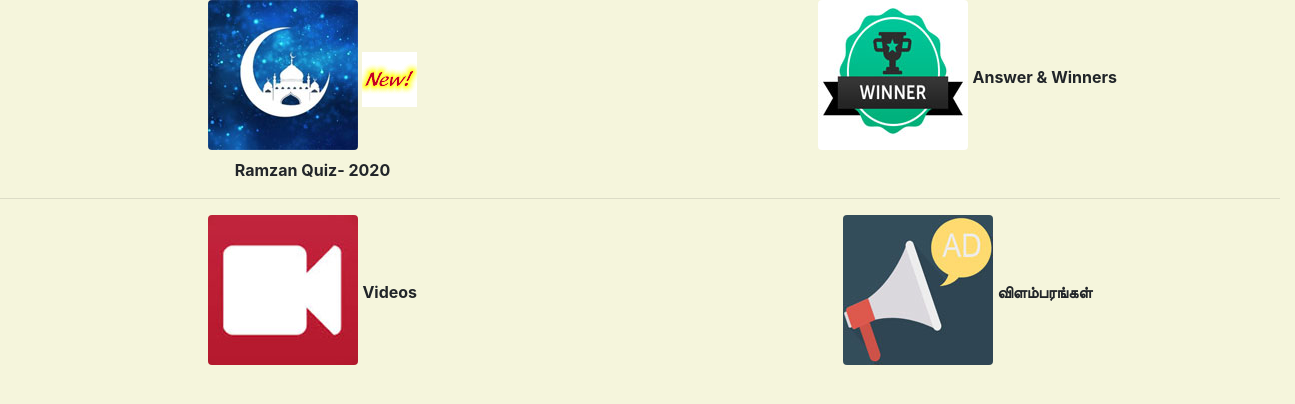
Repository: rsusolutions/RSU-Website
Page: quiz/index.html
The author's editor kept a copy of each file at every save. The page is drawn from the files as they stood at one save, then again after the next save.
The browser window is 1280 px wide. The page is 1295 px wide, so the pictures cover 1295 px, including what lies to the right of the window. The pictures show the whole page.
Some web libraries are served in a nearby version.

Above is the page before, as saved 2020-04-21 20:55:52.

After the next save:
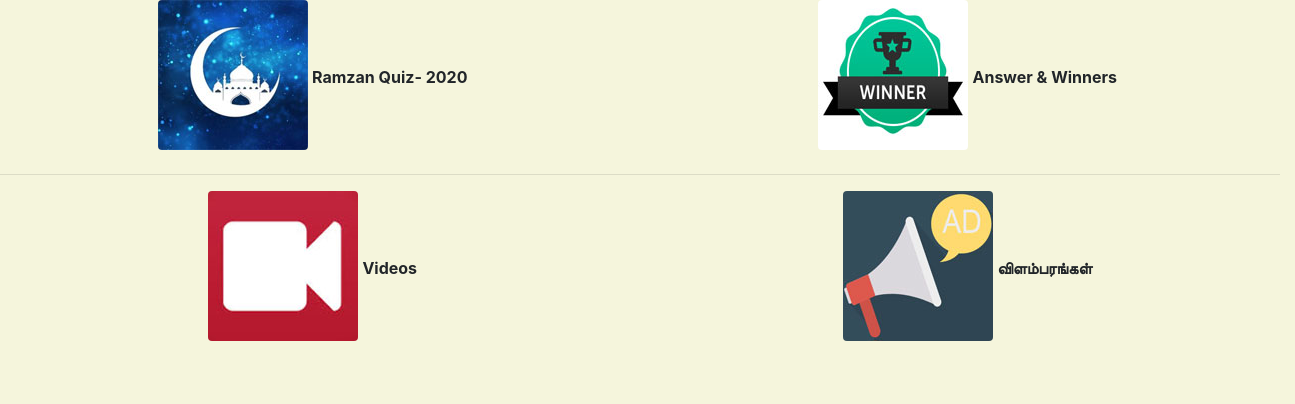
Saved 25 s later.
--- a/quiz/index.html
+++ b/quiz/index.html
@@ -19,7 +19,7 @@
       <div class="col" style=" text-align: center;">
         <a href="ramzan2019.html">
     <img class="rounded mb-2" alt="100x100" src="img/ramzan.jpg" data-holder-rendered="true"></a>
-    <b> <img src="img/new.gif" alt=""><br>Ramzan Quiz- 2020</b>
+    <b>Ramzan Quiz- 2020 </b>
     </div>
       <div class="col" style=" text-align: center;">
         <a href="results.html"></a>
